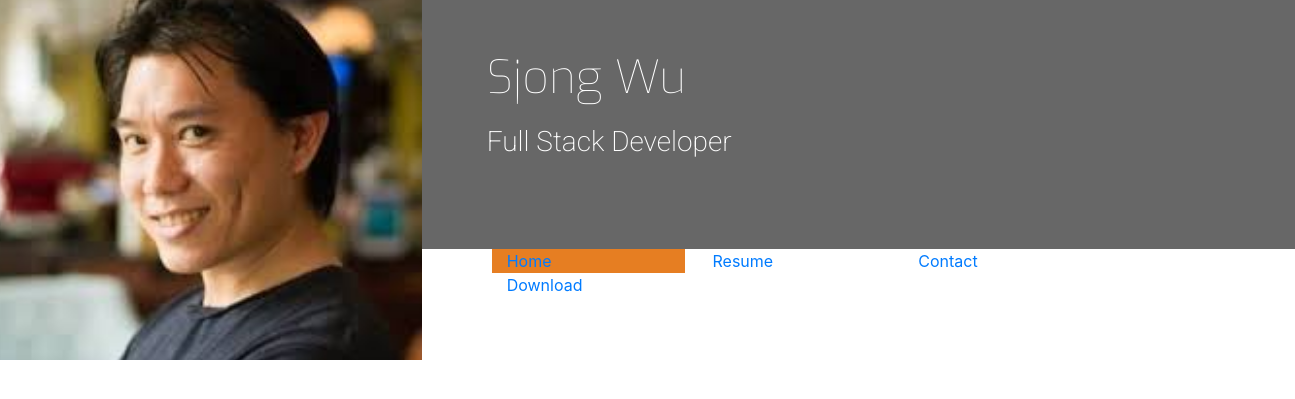
Repository: Scuzeme/codeinstitue-resume-project
Page: index.html
The author's editor kept a record of every edit. The page is drawn from the files as they stood at one moment, then again after the next edit.
The browser window is 1280 px wide. The page is 1295 px wide, so the pictures cover 1295 px, including what lies to the right of the window. The pictures show the whole page.

Above is the page before.

After the next edit:
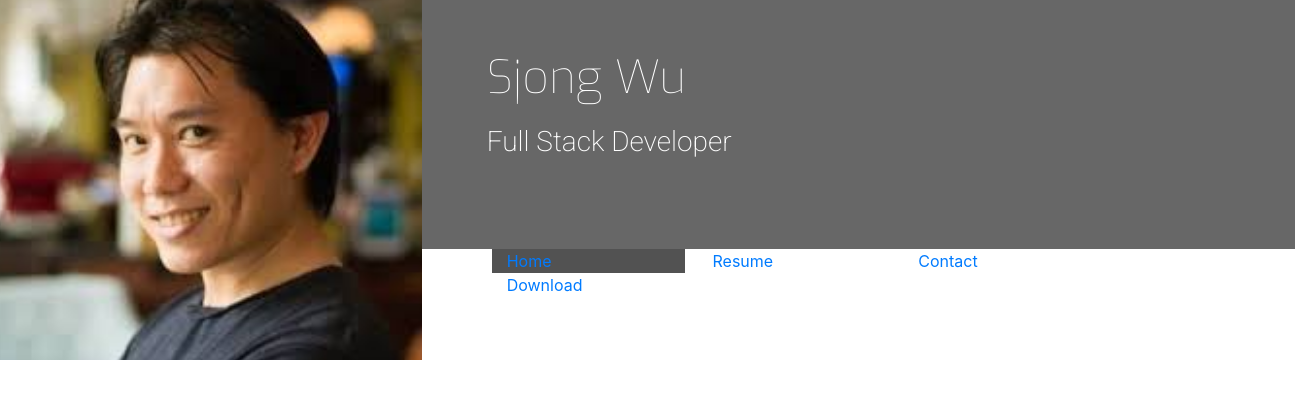
The edit:
--- a/assets/css/style.css
+++ b/assets/css/style.css
@@ -36,7 +36,7 @@
     background-color:#3498db;
 }
 .ui-menu-color-home {
-    background-color:#e67e22;
+    background-color:#525252;
 }
 
 /*----------------------Colours*/
